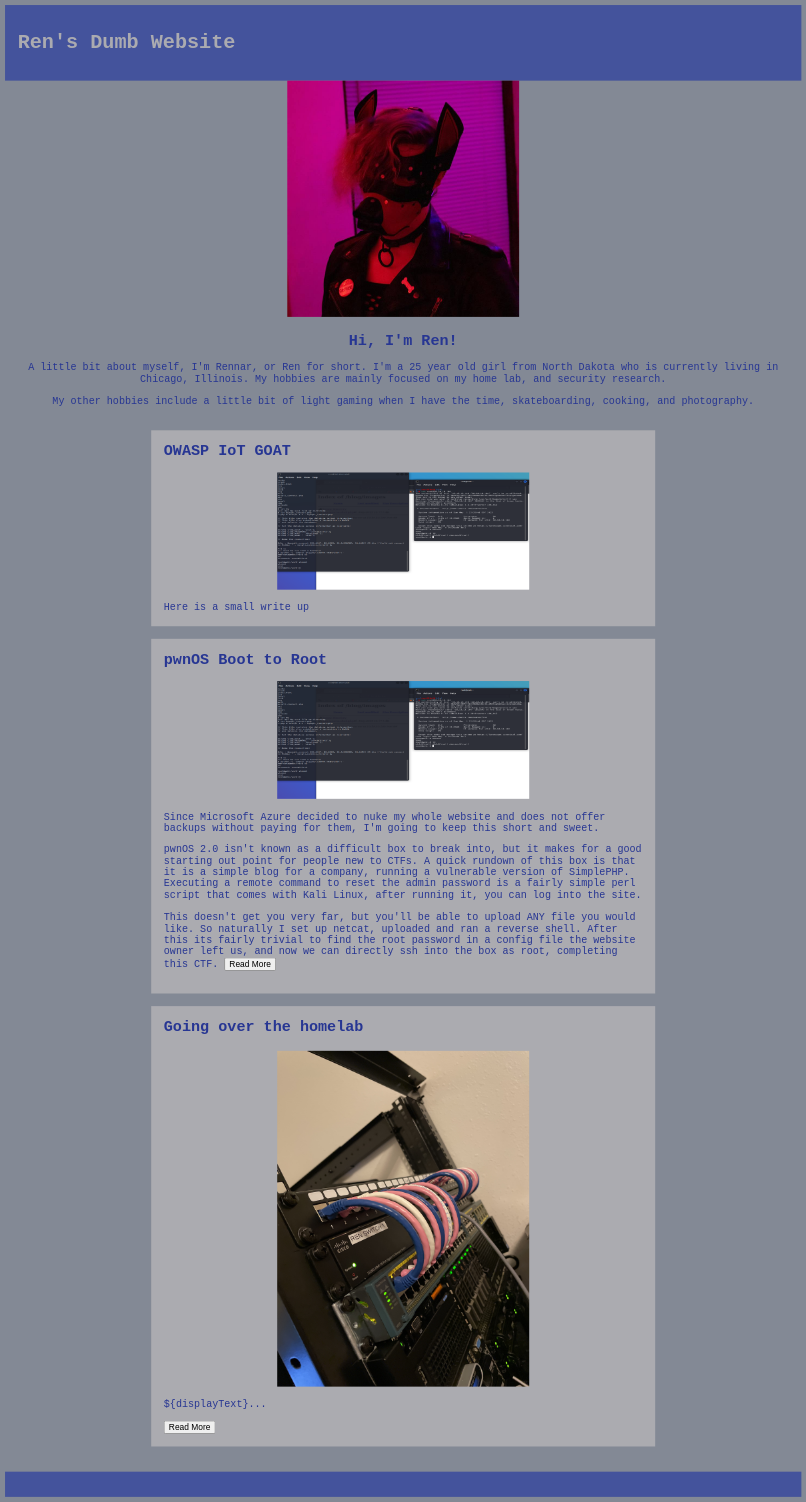
Repository: RennarDeer/RenDev
Page: index.html
The author's editor kept a copy of each file at every save. The page is drawn from the files as they stood at one save, then again after the next save.
The browser window is 1280 px wide. The pictures show the whole page, at 63% of full size.

Above is the page before, as saved 2023-03-08 10:48:03.

After the next save:
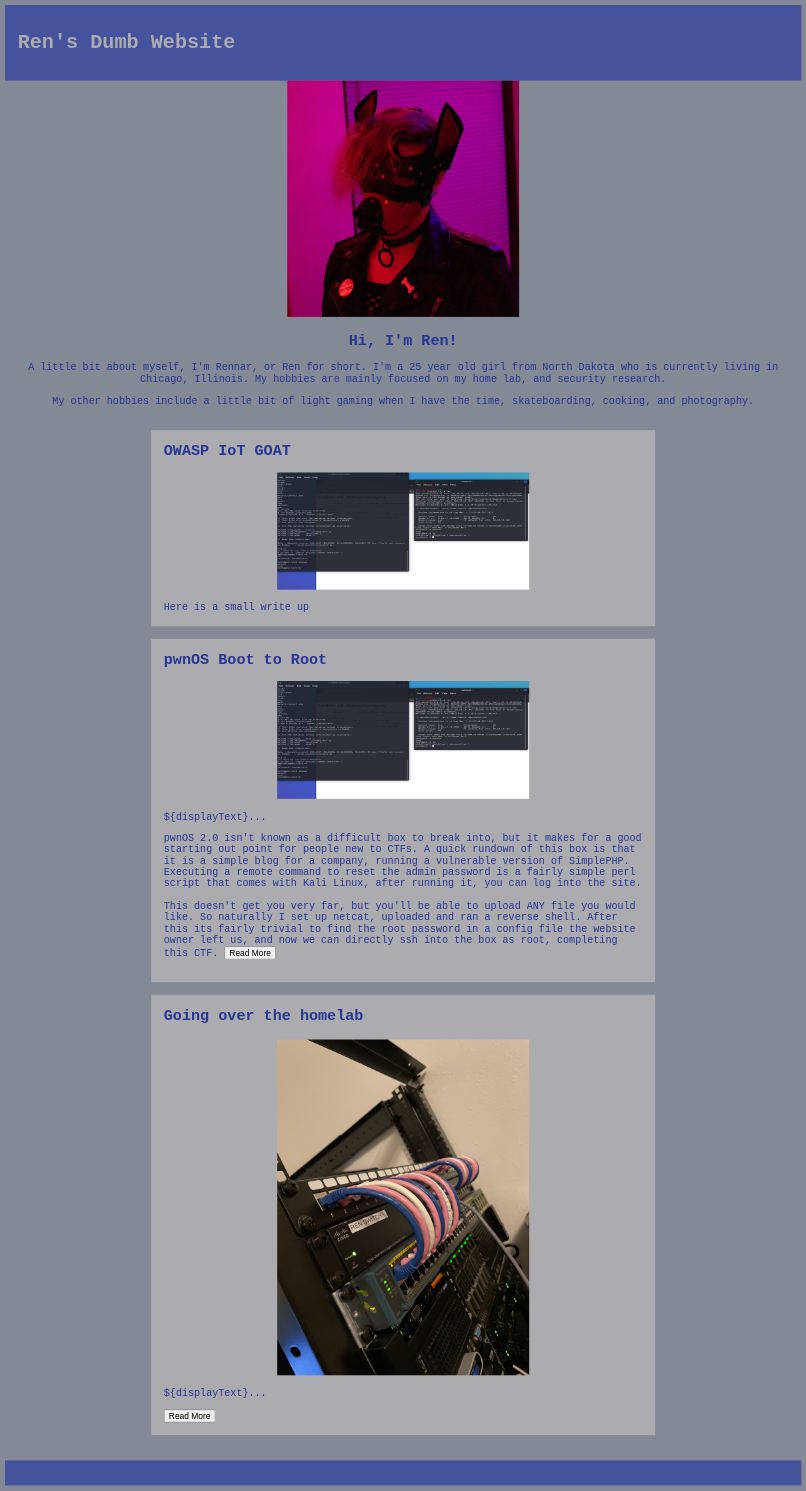
Saved 90 s later.
--- a/index.html
+++ b/index.html
@@ -37,7 +37,7 @@
 
         <img src="boot2root.png" alt="Boot2Root">
 
-        <p>
+        <p class="content">
 
           Since Microsoft Azure decided to nuke my whole website and does not offer backups without
         paying for them, I'm going to keep this short and sweet.</p>
